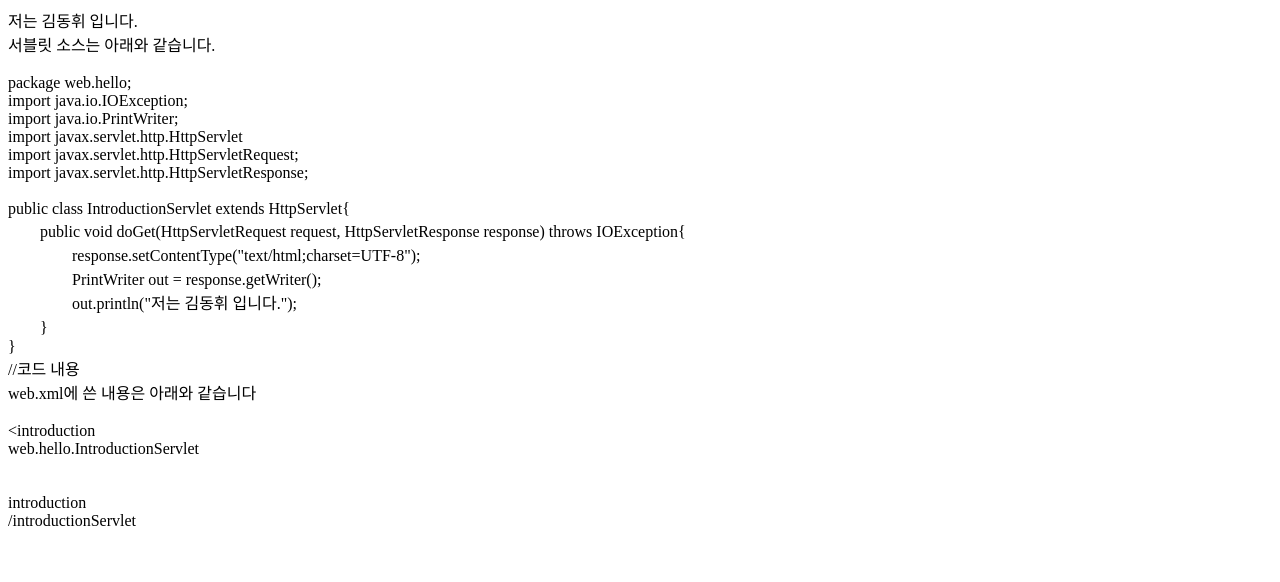
Repository: fellownew/web_workspace
Page: http://localhost/HelloworldWeb/introductionServlet
The author's editor kept a copy of each file at every save. The page is drawn from the files as they stood at one save, then again after the next save.
The browser window is 1280 px wide. The pictures show the whole page.
The page is served by Tomcat 9. Other server files are loaded and not shown.

Above is the page before, as saved 2015-03-12 08:33:02.

### HelloworldWeb/src/web/hello/IntroductionServlet.java
package web.hello;

import java.io.IOException;
import java.io.PrintWriter;

import javax.servlet.http.HttpServlet;
import javax.servlet.http.HttpServletRequest;
import javax.servlet.http.HttpServletResponse;

public class IntroductionServlet extends HttpServlet{

	public void doGet(HttpServletRequest request, HttpServletResponse response) throws IOException{
		response.setContentType("text/html;charset=UTF-8");
		PrintWriter out = response.getWriter(); //response에서 Writer를 불러와 PrintWriter를 만듬.
		out.println("저는 김동휘 입니다.<br/> 서블릿 소스는 아래와 같습니다.<br/><br/>");
		out.println("package web.hello;<br/>"
				+ "import java.io.IOException;<br/>"
				+ "import java.io.PrintWriter;<br/>"
				+ "import javax.servlet.http.HttpServlet<br/>"
				+ "import javax.servlet.http.HttpServletRequest;<br/>"
				+ "import javax.servlet.http.HttpServletResponse;<br/><br/>"
				+ "public class IntroductionServlet extends HttpServlet{<br/>"
				+ "　　public void doGet(HttpServletRequest request, HttpServletResponse response) throws IOException{<br/>"
				+ "　　　　response.setContentType(\"text/html;charset=UTF-8\");<br/>"
				+ "　　　　PrintWriter out = response.getWriter();<br/>"
				+ "　　　　out.println(\"저는 김동휘 입니다.\");<br/>"
				+ "　　}<br/>"
				+ "}<br/>"
				+ "//코드 내용<br/>");
		out.println("web.xml에 쓴 내용은 아래와 같습니다 <br/>");
		out.println("  <servlet><br/>"
				+ "<<servlet-name>introduction</servlet-name><br/>"
				+ "<servlet-class>web.hello.IntroductionServlet</servlet-class><br/>"
				+ "</servlet><br/>"
				+ "<servlet-mapping><br/>"
				+ "<servlet-name>introduction</servlet-name><br/>"
				+ "<url-pattern>/introductionServlet</url-pattern><br/>"
				+ "</servlet-mapping><br/>");
	}

}

After the next save:
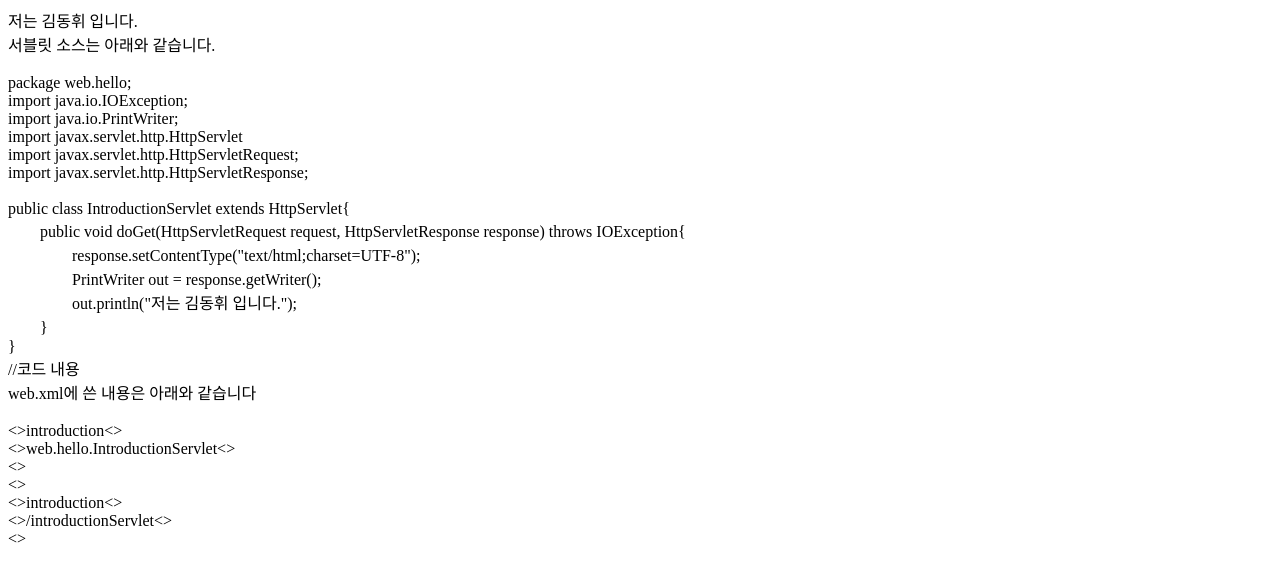
Saved 47 s later.
--- a/HelloworldWeb/src/web/hello/IntroductionServlet.java
+++ b/HelloworldWeb/src/web/hello/IntroductionServlet.java
@@ -29,13 +29,13 @@ public class IntroductionServlet extends HttpServlet{
 				+ "//코드 내용<br/>");
 		out.println("web.xml에 쓴 내용은 아래와 같습니다 <br/>");
 		out.println("  <servlet><br/>"
-				+ "<<servlet-name>introduction</servlet-name><br/>"
-				+ "<servlet-class>web.hello.IntroductionServlet</servlet-class><br/>"
-				+ "</servlet><br/>"
-				+ "<servlet-mapping><br/>"
-				+ "<servlet-name>introduction</servlet-name><br/>"
-				+ "<url-pattern>/introductionServlet</url-pattern><br/>"
-				+ "</servlet-mapping><br/>");
+				+ "<<servlet-name>>introduction<</servlet-name>><br/>"
+				+ "<<servlet-class>>web.hello.IntroductionServlet<</servlet-class>><br/>"
+				+ "<</servlet>><br/>"
+				+ "<<servlet-mapping>><br/>"
+				+ "<<servlet-name>>introduction<</servlet-name>><br/>"
+				+ "<<url-pattern>>/introductionServlet<</url-pattern>><br/>"
+				+ "<</servlet-mapping>><br/>");
 	}
 
 }
